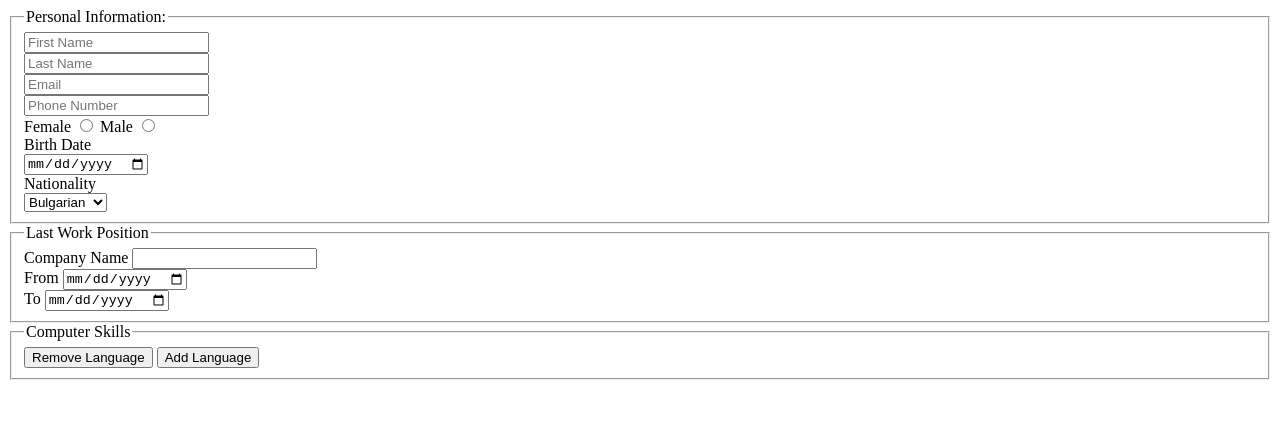
Repository: zhanivanov/PHP_Basics_Course_Homework
Page: http://localhost/5.CVGenerator/CVGenerator.php
The author's editor kept a copy of each file at every save. The page is drawn from the files as they stood at one save, then again after the next save.
The browser window is 1280 px wide. The pictures show the whole page.
The page is run by PHP 8.4 with error messages shown; the project is at /var/www/html/.

Above is the page before, as saved 2014-08-20 17:17:31.
Console error: ReferenceError: idCounter is not defined

### PHP_Working_With_Forms/5.CVGenerator/CVGenerator.php
<!DOCTYPE html>
<html>
    <head>
        <title>CVGenerator</title>
        <script>
             function addProgLang() {
                        var myDiv = document.createElement("div");
                        myDiv.setAttribute("id", "inputBox" + idCounter);
                        idCounter++;
                        myDiv.innerHTML = '<input type="text" name="progLanguages[]" id="prog-langs" required="true"/>' +
                            '<select name="level[]" id="level" required="true">' +
                        '<option value="Beginner">Beginner</option>' +
                        '<option value="Programmer">Programmer</option>' +
                        '<option value="Ninja">Ninja</option>' +
                        '</select>' +
                        '<br/>';
                        document.getElementById("programming").appendChild(myDiv);
            }
        </script>
    </head>
    <body>
        <form method="post">
             <fieldset>
                  <legend>Personal Information:</legend>
                  <input type="text" name="fname" placeholder="First Name"/>
                  <br />
                  <input type="text" name="lname" placeholder="Last Name"/>
                  <br />
                  <input type="email" name="email" placeholder="Email"/>
                  <br />
                  <input type="text" name="number" placeholder="Phone Number"/>
                  <br />
                  <label for="female">Female</label>
                  <input type="radio" name="gender" id="female" value="Female"/>
                  <label for"male">Male</label>
                  <input type="radio" name="gender" id="male" value="Male"/>
                  <br />
                  <label for="bday">Birth Date</label>
                  <br />
                  <input type="date" name="birthDate" id="bday"/>
                  <br />
                  <label for="nationality">Nationality</label>
                  <br />
                  <select name="nationality">
                      <option value="bulgarian">Bulgarian</option>
                      <option value="indian">Indian</option>
                      <option value="romanian">Romanian</option>
                      <option value="french">French</option>
                  </select>
             </fieldset>
             <fieldset>
                 <legend>Last Work Position</legend>
                 <label for="company-name">Company Name</label>
                 <input type="text" name="company" id="company-name"/>
                 <br />
                 <label for="from-date">From</label>
                 <input type="date" name="fromDate" id="from-date"/>
                 <br />
                  <label for="to-date">To</label>
                 <input type="date" name="toDate" id="to-date"/>
             </fieldset>

             <fieldset>
                 <legend>Computer Skills</legend>
                 <div id="programming">
                     <script>addProgLang();</script>
                 </div>
                 <input type="button" onclick="removeLang()" value="Remove Language"/>
                 <input type="button" onclick="addProgLang()" value="Add Language"/>
             </fieldset>
        </form>
    </body>
</html>

After the next save:
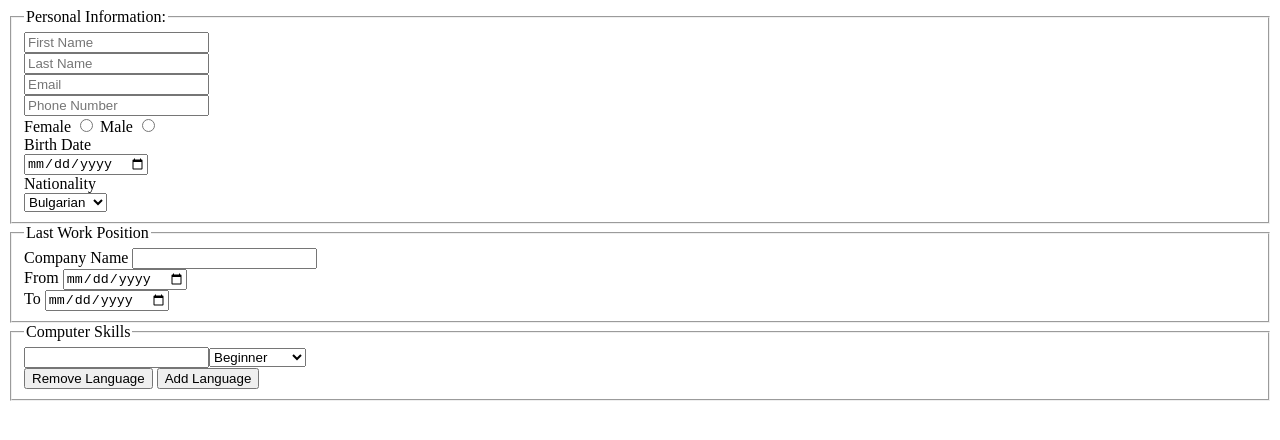
The error is gone.
Saved 29 s later.
--- a/PHP_Working_With_Forms/5.CVGenerator/CVGenerator.php
+++ b/PHP_Working_With_Forms/5.CVGenerator/CVGenerator.php
@@ -3,6 +3,7 @@
     <head>
         <title>CVGenerator</title>
         <script>
+          var idCounter = 0;
              function addProgLang() {
                         var myDiv = document.createElement("div");
                         myDiv.setAttribute("id", "inputBox" + idCounter);
